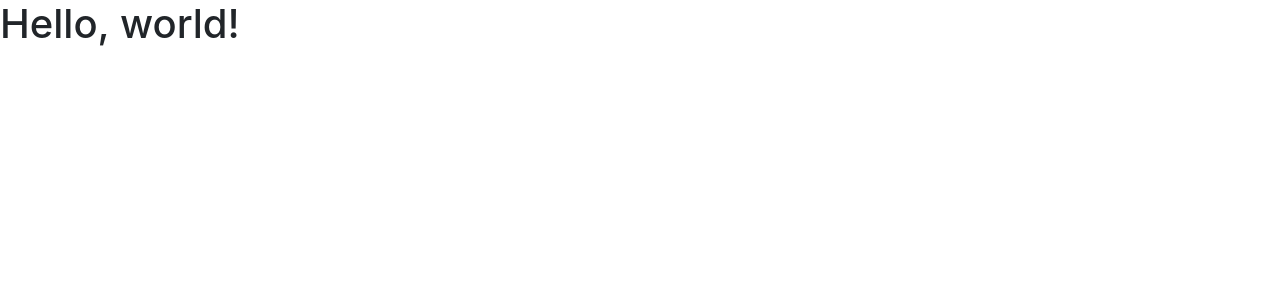
Repository: amcali/project-3
Page: http://localhost/
The author's editor kept a record of every edit. The page is drawn from the files as they stood at one moment, then again after the next edit.
The browser window is 1280 px wide. The pictures show the whole page.
The page is served by the project's application, run on Flask 3 (app.py).

Above is the page before.

### templates/index.template.html
<!doctype html>
<html lang="en">
  <head>
    <!-- Required meta tags -->
    <meta charset="utf-8">
    <meta name="viewport" content="width=device-width, initial-scale=1, shrink-to-fit=no">

    <!-- Bootstrap CSS -->
    <link rel="stylesheet" href="https://stackpath.bootstrapcdn.com/bootstrap/4.3.1/css/bootstrap.min.css" integrity="sha384-ggOyR0iXCbMQv3Xipma34MD+dH/1fQ784/j6cY/iJTQUOhcWr7x9JvoRxT2MZw1T" crossorigin="anonymous">

    <title>Hello, world!</title>
  </head>
  <body>
    <h1>Hello, world!</h1>

    <div class="container">

    </div>
    <!-- Optional JavaScript -->
    <!-- jQuery first, then Popper.js, then Bootstrap JS -->
    <script src="https://code.jquery.com/jquery-3.3.1.slim.min.js" integrity="sha384-q8i/X+965DzO0rT7abK41JStQIAqVgRVzpbzo5smXKp4YfRvH+8abtTE1Pi6jizo" crossorigin="anonymous"></script>
    <script src="https://cdnjs.cloudflare.com/ajax/libs/popper.js/1.14.7/umd/popper.min.js" integrity="sha384-UO2eT0CpHqdSJQ6hJty5KVphtPhzWj9WO1clHTMGa3JDZwrnQq4sF86dIHNDz0W1" crossorigin="anonymous"></script>
    <script src="https://stackpath.bootstrapcdn.com/bootstrap/4.3.1/js/bootstrap.min.js" integrity="sha384-JjSmVgyd0p3pXB1rRibZUAYoIIy6OrQ6VrjIEaFf/nJGzIxFDsf4x0xIM+B07jRM" crossorigin="anonymous"></script>
  </body>
</html>

### app.py
from flask import Flask, render_template, request, redirect, url_for
import pymongo
import os

app = Flask(__name__)

# Flask Routes Begin Here
@app.route('/')
def home():
    return render_template('index.template.html')

@app.route('/restaurants')
def restaurants():
    return render_template('restaurants.template.html')

@app.route('/add_restaurant')
def add_restaurant():
    return render_template('add-restaurant.template.html')


# 1. Retrieve the environment variables
MONGO_URI = os.getenv('MONGO_URI')
DATABASE_NAME = 'restaurant_reviews'

# 2. Create the connection
conn = pymongo.MongoClient(MONGO_URI)

# 3. Query
# doc = conn[DATABASE_NAME]["listingsAndReviews"].find({
#     'address.country':'Canada'
# }).limit(10)

# for d in doc:
#     print("Name:", d['name'])
#     print("Price: $", d['price'])
#     print('-------')

# "magic code" -- boilerplate
if __name__ == '__main__':
   app.run(host=os.environ.get('IP'),
           port=int(os.environ.get('PORT')),
           debug=True)

After the next edit:
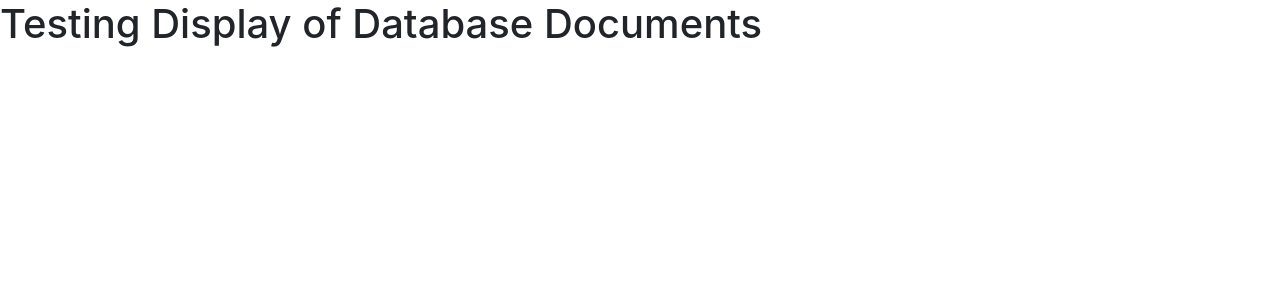
The edit:
--- a/templates/index.template.html
+++ b/templates/index.template.html
@@ -11,7 +11,7 @@
     <title>Hello, world!</title>
   </head>
   <body>
-    <h1>Hello, world!</h1>
+    <h1>Testing Display of Database Documents</h1>
 
     <div class="container">
 
